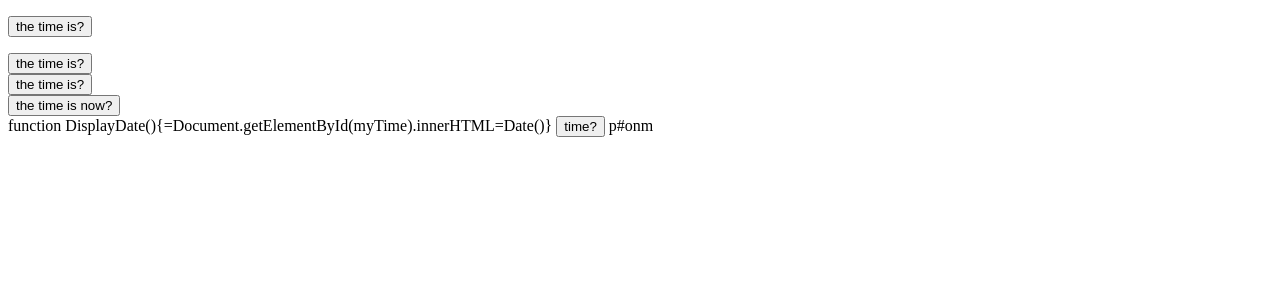
Repository: Dauddaniel/my-clock
Page: Bulb/Event.html
An editor plug-in stored every save of this project. The page is shown before and after a run of saves, followed by the edit.
The browser window is 1280 px wide. The pictures show the whole page.

Above is the page before, as saved 2023-05-18 08:32:00.

After the next 2 saves:
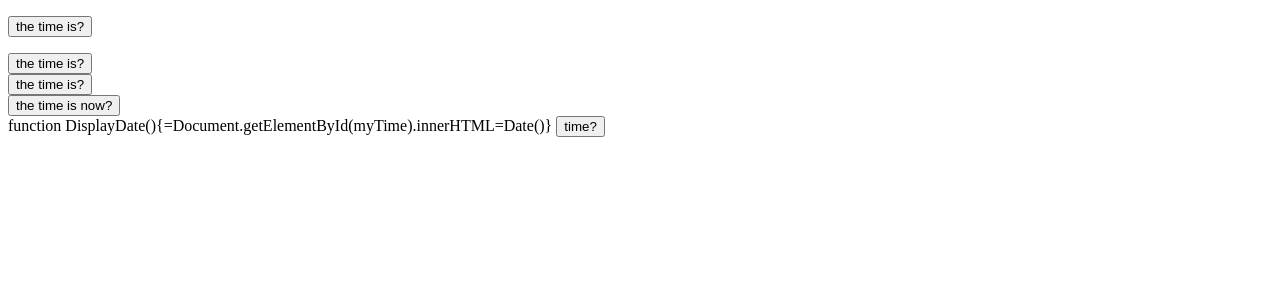
The 2 saves are shown as one change because they came seconds apart.
The last was saved 6 s later.
--- a/Bulb/Event.html
+++ b/Bulb/Event.html
@@ -20,7 +20,7 @@
         function DisplayDate(){=Document.getElementById(myTime).innerHTML=Date()}
 
     <button onmouseout="document.getElementById(onMouse).innerHTML=Date()">time?</button>
-    p#onm
+    <p id="onmouse"></p>
 
 </body>
 </html>
